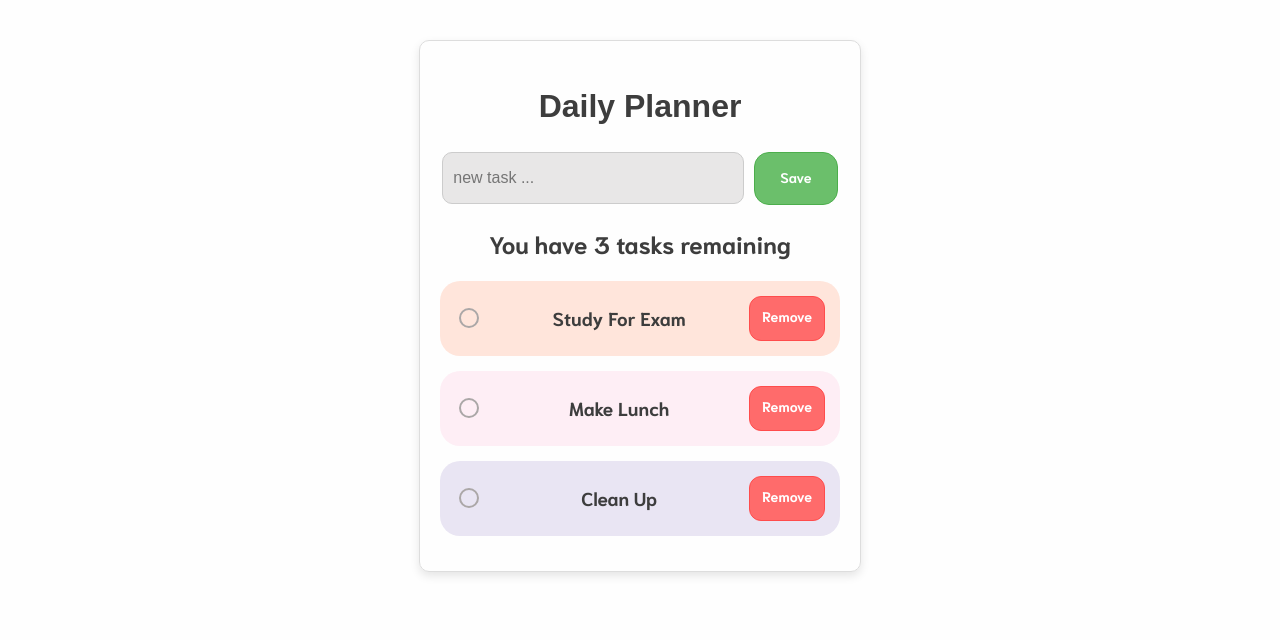
Repository: Zalida-Khan/Frontend-Lab4
Page: /
These files come from the project's save history. The page is drawn as it stood at one moment and after the next save; the edit follows.
The browser window is 1280 px wide. The pictures show the whole page.
Some web fonts or font styles are not loaded; a fallback is used. The project was rebuilt for these pictures with package versions that can differ from the ones it lists, and the page was loaded fresh each time. Also part of the build but not shown: vite.config.js.

Above is the page before, as saved 2024-10-29 22:45:46.

### index.html
<!doctype html>
<html lang="en">

<head>
  <meta charset="UTF-8" />
  <link rel="icon" type="image/svg+xml" href="/vite.svg" />
  <meta name="viewport" content="width=device-width, initial-scale=1.0" />
  <title>Daily Planner</title>
</head>

<body>
  <div id="root"></div>
  <script type="module" src="/src/main.jsx"></script>
</body>

</html>

### src/App.jsx
import "./App.css";
import React, { useState } from "react";
import Task from "./components/Task";
import TaskForm from "./components/TaskForm";

function App() {
  const [tasks, setTasks] = useState([
    { id: 1, text: "Study For Exam", completed: false },
    { id: 2, text: "Make Lunch", completed: false },
    { id: 3, text: "Clean Up", completed: false },
  ]);


  const [filter, setFilter] = useState("All");

  const addTask = (text) =>
    setTasks([...tasks, { id: Date.now(), text, completed: false }]);

  const toggleTask = (id) =>
    setTasks(
      tasks.map((task) =>
        task.id === id ? { ...task, completed: !task.completed } : task
      )
    );

  const removeTask = (id) => setTasks(tasks.filter((task) => task.id !== id));

  const handleFilterChange = (newFilter) => setFilter(newFilter);

  const filteredTasks = tasks.filter((task) => {
    if (filter === "Completed") return task.completed;
    if (filter === "Pending") return !task.completed;
    return true;
  });

  const remainingTasks = tasks.filter((task) => !task.completed).length;

  return (
    <div className="app">
      <header>
        <h1>Daily Planner</h1>
      </header>
      <TaskForm addTask={addTask} />
      <h2>
        You have {remainingTasks}{" "}
        {remainingTasks === 1 ? "task" : "tasks"} remaining
      </h2>
      <div className="task-list">
        {tasks.map((task) => (
          <Task
            key={task.id}
            task={task}
            toggleTask={toggleTask}
            removeTask={removeTask}
          />
        ))}
      </div>
    </div>
  );
}

export default App;

### src/index.css
:root {
  font-family: Inter, system-ui, Avenir, Helvetica, Arial, sans-serif;
  line-height: 1.5;
  font-weight: 400;

  color-scheme: light dark;
  color: rgba(0, 0, 0, 0.87);
  background-color: #fefefe;

  font-synthesis: none;
  text-rendering: optimizeLegibility;
  -webkit-font-smoothing: antialiased;
  -moz-osx-font-smoothing: grayscale;
}

### src/App.css
@font-face {
  font-family: "Ruska";
  src: url("../fonts/RuskaDisplay-Regular.otf") format("opentype");
  font-weight: normal;
  font-style: normal;
}

@font-face {
  font-family: "Niramit";
  src: url("../fonts/Niramit-Bold.ttf") format("truetype");
  font-weight: normal;
  font-style: normal;
}

#root {
  max-width: 1280px;
  margin: 0 auto;
  padding: 2rem;
  text-align: center;
  font-family: "Niramit", sans-serif;
  color: #3d3d3d;
}

.app {
  width: 400px;
  margin: 0 auto;
  padding: 20px;
  font-family: "Niramit", sans-serif;
  border: 1px solid #ddd;
  border-radius: 10px;
  box-shadow: 0 4px 10px rgba(0, 0, 0, 0.1);
}

h1 {
  font-family: "Ruska", sans-serif;
  font-weight: 50px;
  color: #3d3d3d;
}

.task-list {
  margin-top: 20px;
}

.task {
  display: flex;
  align-items: center;
  justify-content: space-between;
  margin-bottom: 15px;
  padding: 15px;
  border-radius: 20px;
  font-family: "Niramit", sans-serif;
}

.task:nth-child(6n+1) {
  background-color: #ffe5db;
}

.task:nth-child(6n+2) {
  background-color: #feeef5;
}

.task:nth-child(6n+3) {
  background-color: #e9e5f3;
}

.task:nth-child(6n+4) {
  background-color: #e0edf4;
}

.task:nth-child(6n+5) {
  background-color: #f0f8e6;
}

.task:nth-child(6n) {
  background-color: #fbfbef;
}

.task h3 {
  margin: 0;
  flex-grow: 1;
  text-decoration: none;
  font-family: "Niramit", sans-serif;
}

.task.completed h3 {
  text-decoration: line-through 2px solid;
}

.checkmark {
  appearance: none;
  width: 20px;
  height: 20px;
  border-radius: 50%;
  border: 2px solid #aba7a7;
  background-color: transparent;
  display: flex;
  align-items: center;
  justify-content: center;
  cursor: pointer;
  margin-right: 10px;
}

.checkmark:checked {
  background-color: #c6eada;
  border: 2px solid #198754;
}

.checkmark:checked::after {
  content: '✔️';
  color: #3d3d3d;
}


.delete-btn {
  padding: 10px 12px;
  border-radius: 12px;
  padding-bottom: 15px;
  font-family: "Niramit", sans-serif;
  background-color: #ff6b6b;
  border: 1px solid #ff4c4c;
  color: white;
  cursor: pointer;
  font-size: 14px;
  transition: background-color 0.3s;
}

.delete-btn:hover {
  background-color: #ff4c4c;
}

.save-btn {
  padding: 15px 25px;
  border-radius: 15px;
  padding-bottom: 18px;
  background-color: #6bbf6b;
  border: 1px solid #4cae4c;
  font-family: "Niramit", sans-serif;
  color: white;
  cursor: pointer;
  font-size: 14px;
  transition: background-color 0.3s;
}

.save-btn:hover {
  background-color: #4cae4c;
}

.input-field {
  width: 70%;
  height: 30px;
  padding: 10px;
  border-radius: 10px;
  background-color: #e8e7e7;
  margin-right: 10px;
  border: 1px solid #ccc;
  font-size: 16px;
  outline: none;
  color: black;
  transition: border-color 0.3s;
}

.input-field:focus {
  border-color: #000000;
}

### src/components/Task.jsx
import React from 'react';

function Task({ task, toggleTask, removeTask }) {
  return (
    <div className={`task ${task.completed ? 'completed' : ''}`}>
      <input className="checkmark" type="checkbox" checked={task.completed} onChange={() => toggleTask(task.id)} />
      <h3>{task.text}</h3>
      <button className="delete-btn" onClick={() => removeTask(task.id)}>Remove</button>
    </div>
  );
}

export default Task;

### src/components/TaskForm.jsx
import React, { useState } from 'react';

function TaskForm({ addTask }) {
  const [text, setText] = useState('');

  const handleSubmit = (e) => {
    e.preventDefault();
    if (text.trim()) {
      addTask(text);
      setText('');
    }
  };

  return (
    <form onSubmit={handleSubmit}>
      <input className="input-field" type="text" value={text} onChange={(e) => setText(e.target.value)} placeholder="new task ..." />
      <button className="save-btn" type="submit">Save</button>
    </form>
  );
}

export default TaskForm;

Loaded but not shown: src/main.jsx (common file)

After the next save:
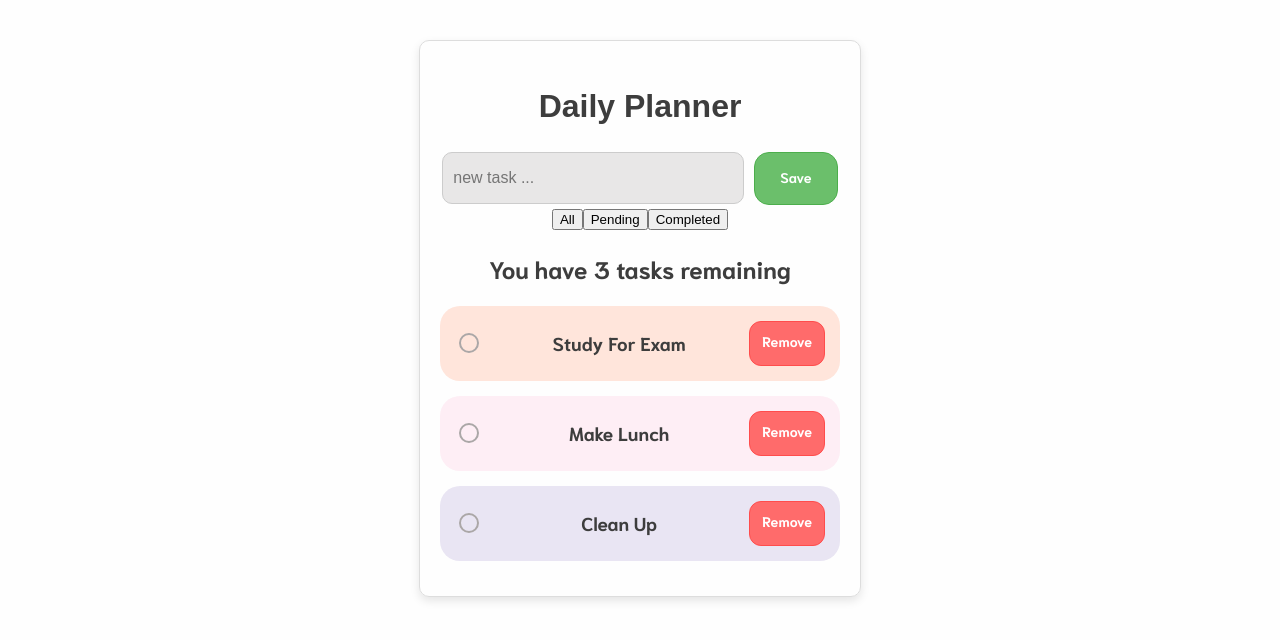
Saved 36 s later.
--- a/src/App.jsx
+++ b/src/App.jsx
@@ -41,6 +41,11 @@ function App() {
         <h1>Daily Planner</h1>
       </header>
       <TaskForm addTask={addTask} />
+      <div className="filter-buttons">
+        <button onClick={() => handleFilterChange("All")}>All</button>
+        <button onClick={() => handleFilterChange("Pending")}>Pending</button>
+        <button onClick={() => handleFilterChange("Completed")}>Completed</button>
+      </div>
       <h2>
         You have {remainingTasks}{" "}
         {remainingTasks === 1 ? "task" : "tasks"} remaining
